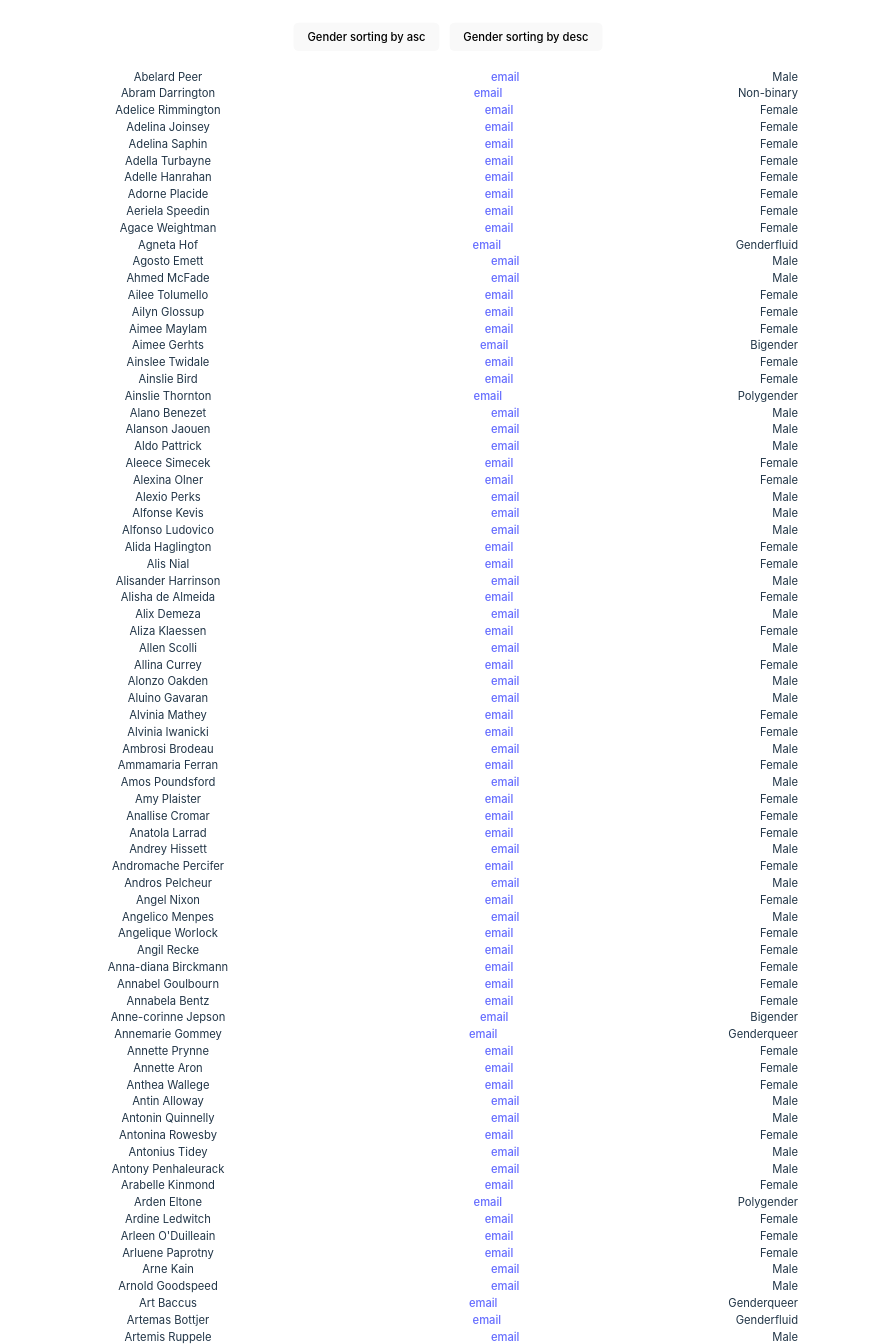
Repository: Kainar9292/sorting
Page: /
An editor plug-in stored every save of this project. The page is shown before and after the next save, followed by the edit.
The browser window is 1280 px wide. The pictures show the part of the page from y = 0 to 1920 px (the page is 24129 px tall), at 70% of full size.
The project was rebuilt for these pictures with package versions that can differ from the ones it lists, and the page was loaded fresh each time. Also part of the build but not shown: vite.config.js.

Above is the page before, as saved 2022-10-29 15:17:22.

### src/style.css
:root {
  font-family: Inter, Avenir, Helvetica, Arial, sans-serif;
  font-size: 16px;
  line-height: 24px;
  font-weight: 400;

  color-scheme: light dark;
  color: rgba(255, 255, 255, 0.87);
  background-color: #242424;

  font-synthesis: none;
  text-rendering: optimizeLegibility;
  -webkit-font-smoothing: antialiased;
  -moz-osx-font-smoothing: grayscale;
  -webkit-text-size-adjust: 100%;
}

a {
  font-weight: 500;
  color: #646cff;
  text-decoration: inherit;
}
a:hover {
  color: #535bf2;
}

a {
  font-weight: 500;
  color: #646cff;
  text-decoration: inherit;
}
a:hover {
  color: #535bf2;
}

body {
  margin: 0;
  display: flex;
  place-items: center;
  min-width: 320px;
  min-height: 100vh;
}

h1 {
  font-size: 3.2em;
  line-height: 1.1;
}

button {
  border-radius: 8px;
  border: 1px solid transparent;
  padding: 0.6em 1.2em;
  font-size: 1em;
  font-weight: 500;
  font-family: inherit;
  background-color: #1a1a1a;
  cursor: pointer;
  transition: border-color 0.25s;
}
button:hover {
  border-color: #646cff;
}
button:focus,
button:focus-visible {
  outline: 4px auto -webkit-focus-ring-color;
}

.card {
  padding: 2em;
}

#app {
  max-width: 1280px;
  margin: 0 auto;
  padding: 2rem;
  text-align: center;
}

@media (prefers-color-scheme: light) {
  :root {
    color: #213547;
    background-color: #ffffff;
  }
  a:hover {
    color: #747bff;
  }
  button {
    background-color: #f9f9f9;
  }
}

.users {
  display: flex;
  flex-direction: column;
}

.users_item {
  display: flex;
  width: 1000px;
  justify-content: space-between;
}

.users_item-name {
  flex-basis: 200px;
}

.users_item-email {
  flex-basis: 200px;
}

### src/App.vue
<template>
  <Users/>
</template>

<script setup>
import Users from './components/Users.vue'
</script>

### src/components/Users.vue
<template>
  <button @click="sortingByField('gender')">Gender sorting by asc</button>
  &nbsp;
  <button @click="sortingByField('gender', 'desc')">
    Gender sorting by desc
  </button>

  <br />
  <br />
  <div class="users">
    <div class="users_item" v-for="item in state.users">
      <div class="users_item-name">{{ item.first_name }} {{ item.last_name }}</div>
      <a class="users_item-email" href="mailto:{{item.email}}">email</a>
      <div>{{ item.gender }}</div>
      <!-- <br />
      <br /> -->
    </div>
  </div>
</template>

<script setup>
import { reactive } from 'vue';
import { users } from '../service/getUsers';

const state = reactive({
  users: [],
});

state.users = users;

function sortingByField(sortedField, sordetType) {
  state.users = state.users.sort((a, b) => {
    if (sordetType === 'desc') {
      return a[sortedField] < b[sortedField] ? 1 : -1;
    } else {
      return a[sortedField] > b[sortedField] ? 1 : -1;
    }
  });
}

sortingByField('first_name');
</script>

Loaded but not shown: index.html (common file); src/main.js (common file); src/service/getUsers.js (1000 lines, source omitted)

After the next save:
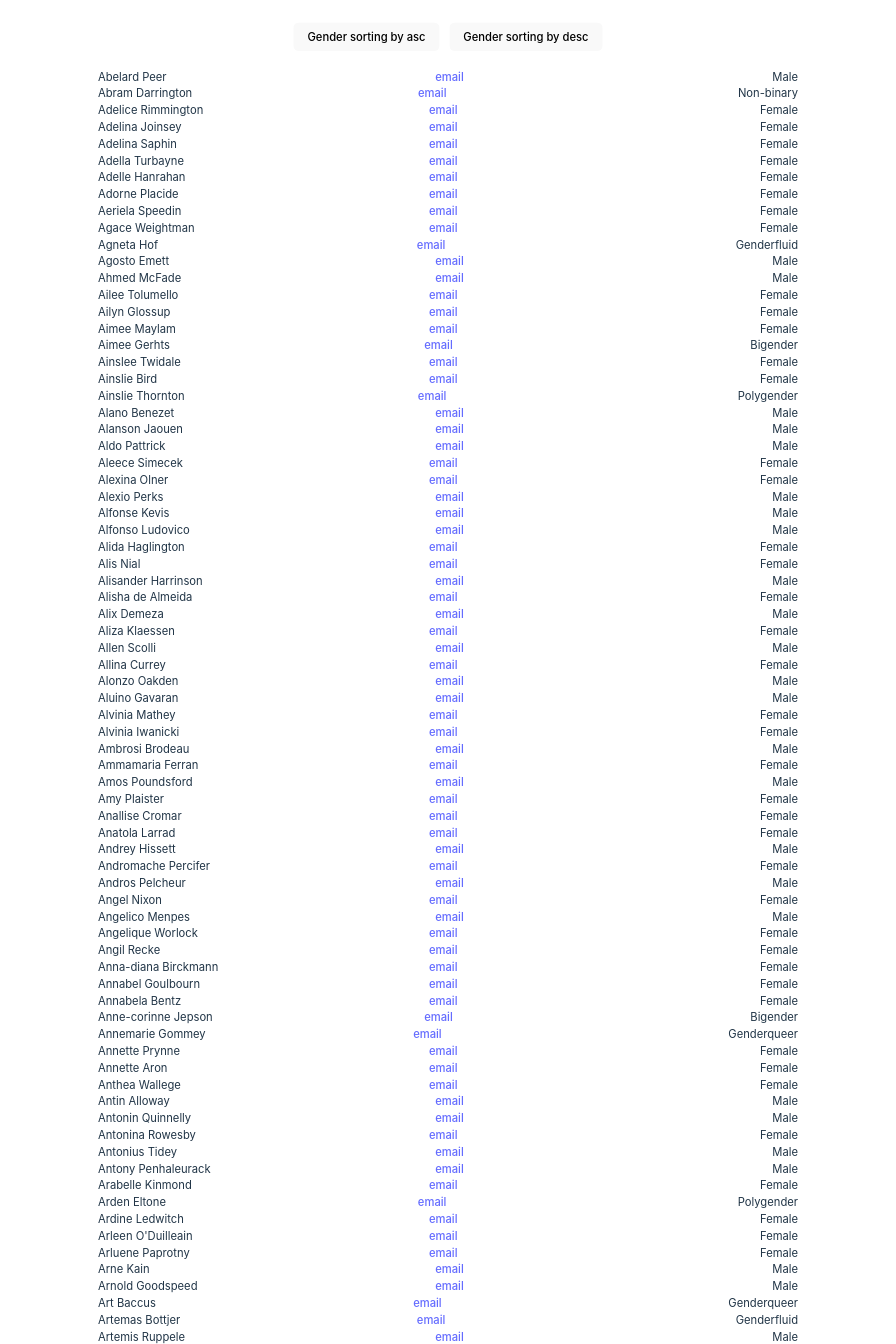
Saved 77 s later.
--- a/src/style.css
+++ b/src/style.css
@@ -101,9 +101,11 @@ button:focus-visible {
 }
 
 .users_item-name {
+  display: flex;
   flex-basis: 200px;
 }
 
 .users_item-email {
+  display: flex;
   flex-basis: 200px;
 }
